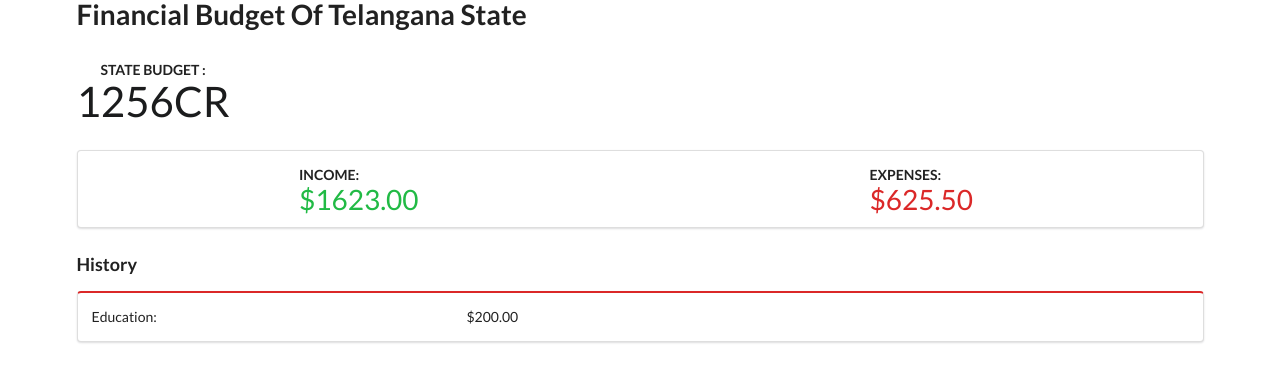
Repository: akHil07090709/advanced-react
Page: /
An editor plug-in stored every save of this project. The page is shown before and after a run of saves, followed by the edit.
The browser window is 1280 px wide. The pictures show the whole page.
The project was rebuilt for these pictures with package versions that can differ from the ones it lists, and the page was loaded fresh each time. Also part of the build but not shown: src/App.css.

Above is the page before, as saved 2021-05-25 07:41:50.

After the next 2 saves:
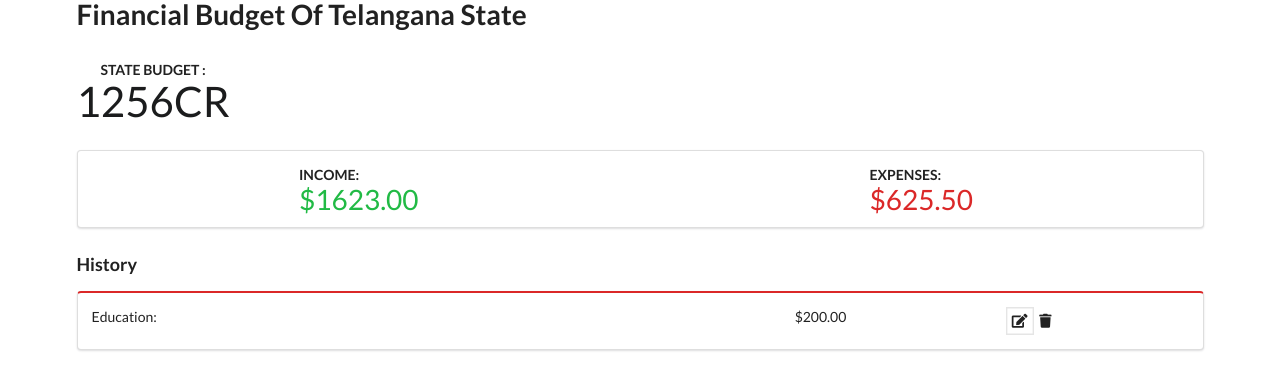
The 2 saves are shown as one change because 1 did not build or start.
The last was saved 101 s later.
--- a/src/App.js
+++ b/src/App.js
@@ -1,4 +1,11 @@
-import { Container, Grid, Header, Segment, Statistic } from "semantic-ui-react";
+import {
+  Container,
+  Grid,
+  Header,
+  Icon,
+  Segment,
+  Statistic,
+} from "semantic-ui-react";
 import "./App.css";
 
 function App() {
@@ -36,8 +43,12 @@
       <Segment color="red">
         <Grid columns={3}>
           <Grid.Row>
-            <Grid.Column>Education:</Grid.Column>
-            <Grid.Column>$200.00</Grid.Column>
+            <Grid.Column width={10}>Education:</Grid.Column>
+            <Grid.Column width={3}>$200.00</Grid.Column>
+            <Grid.Column width={3}>
+              <Icon name="edit" bordered />
+              <Icon name="trash" />
+            </Grid.Column>
           </Grid.Row>
         </Grid>
       </Segment>
